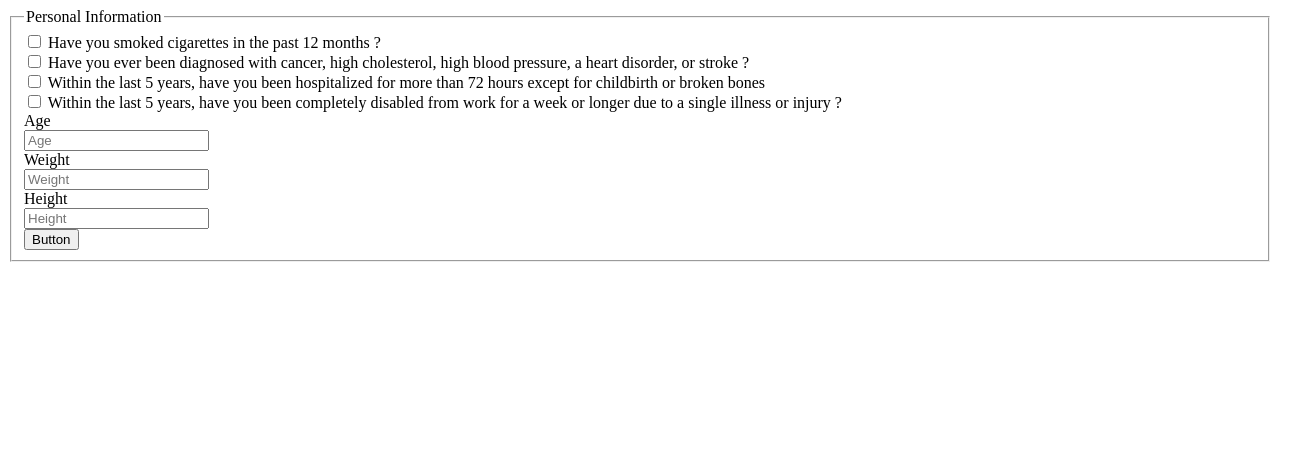
Repository: benjaminlepine/home
Page: Nico/Testing.html
The author's editor kept a record of every edit. The page is drawn from the files as they stood at one moment, then again after the next edit.
The browser window is 1280 px wide. The page is 1280 px wide, then 1295 px, so the pictures cover 1295 px, including what lies to the right of the window. The pictures show the whole page.

Above is the page before.

After the next edit:
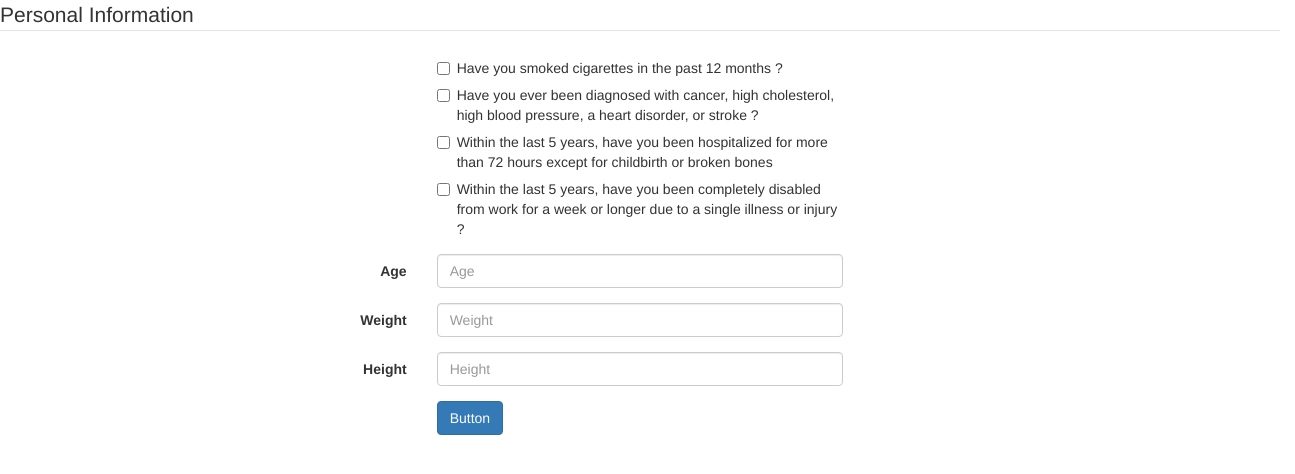
The edit:
--- a/Nico/Testing.html
+++ b/Nico/Testing.html
@@ -1,6 +1,7 @@
 <!DOCTYPE html>
 <html>
 <head>
+<link rel="stylesheet" type="text/css" href="/Bootstrap/css/bootstrap.css" >
 </head>
 
 <body>
